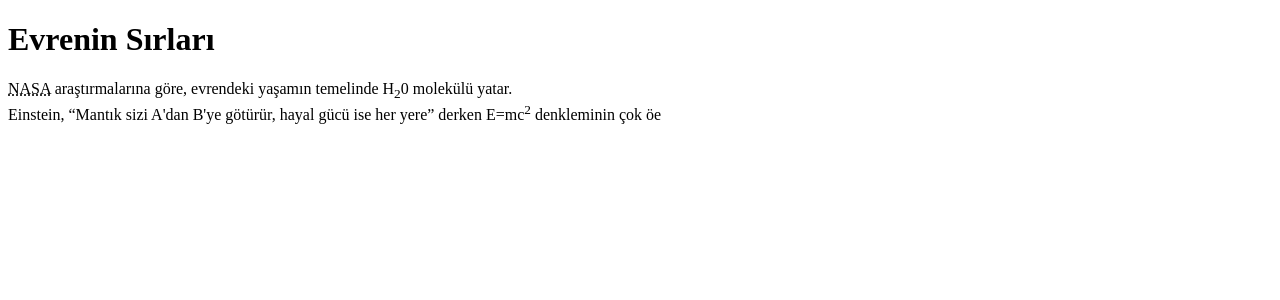
Repository: BeritanBlgn/web-yazilim-muhendisligi
Page: Modul_1/Ders_3/1.3.6_gorev1.html
An editor plug-in stored every save of this project. The page is shown before and after a run of saves, followed by the edit.
The browser window is 1280 px wide. The pictures show the whole page.

Above is the page before, as saved 2026-10-09 22:22:02.

### Modul_1/Ders_3/1.3.6_gorev1.html
<!DOCTYPE html>
<html lang="tr">
<head>
    <meta charset="UTF-8">
    <meta name="viewport" content="width=device-width, initial-scale=1.0">
    <title>Document</title>
</head>
<body>
    <h1>
        Evrenin Sırları
    </h1>
    <p>
        <abbr title="Evrenin Sırları">NASA</abbr>
        araştırmalarına göre, evrendeki yaşamın temelinde H<sub>2</sub>0 molekülü yatar. <br>
        Einstein, <q>Mantık sizi A'dan B'ye götürür, hayal gücü ise her yere</q>
        derken E=mc<sup>2</sup> denkleminin çok öe

    </p>

</body>
</html>

After the next 3 saves:
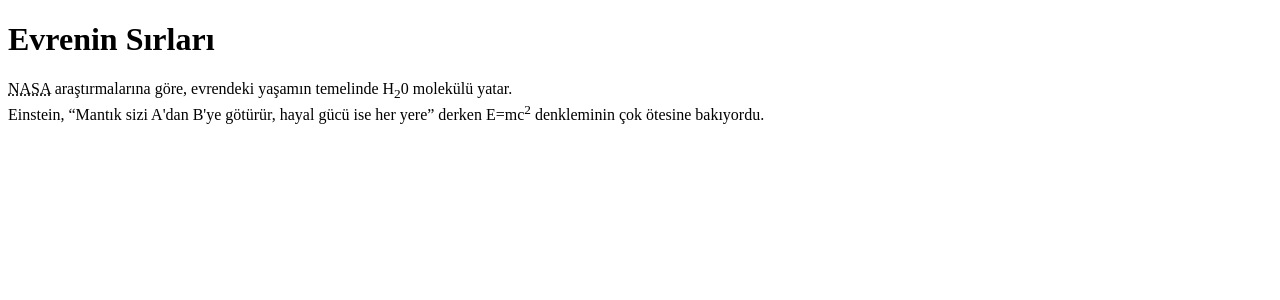
The 3 saves are shown as one change because they came seconds apart.
The last was saved 9 s later.
--- a/Modul_1/Ders_3/1.3.6_gorev1.html
+++ b/Modul_1/Ders_3/1.3.6_gorev1.html
@@ -13,7 +13,7 @@
         <abbr title="Evrenin Sırları">NASA</abbr>
         araştırmalarına göre, evrendeki yaşamın temelinde H<sub>2</sub>0 molekülü yatar. <br>
         Einstein, <q>Mantık sizi A'dan B'ye götürür, hayal gücü ise her yere</q>
-        derken E=mc<sup>2</sup> denkleminin çok öe
+        derken E=mc<sup>2</sup> denkleminin çok ötesine bakıyordu.
 
     </p>
 
